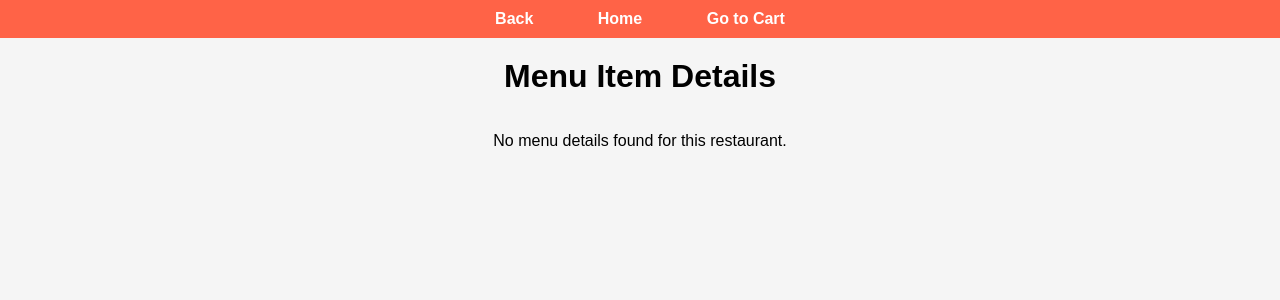
Repository: Sujith-B-S/Food-Application
Page: http://localhost/FoodApplication/menu.jsp
The author's editor kept a copy of each file at every save. The page is drawn from the files as they stood at one save, then again after the next save.
The browser window is 1280 px wide. The pictures show the whole page.
The page is served by Tomcat 9. Other server files are loaded and not shown. The template is opened directly, without the code that normally fills it, so the values that code supplies are empty.

Above is the page before, as saved 2024-11-21 09:56:41.

### FoodApplication/src/main/webapp/menu.jsp
<%@ page import="com.sg.menupojo.Menu" %>
<%@ page import="java.util.*" %>
<%@ page contentType="text/html;charset=UTF-8" language="java" %>
<html>
<head>
    <title>Menu Details</title>
    <script src="https://code.jquery.com/jquery-3.6.0.min.js"></script>
    <style>
        body {
            font-family: Arial, sans-serif;
            margin: 0;
            padding: 0;
            background-color: #f5f5f5;
        }

        h1 {
            text-align: center;
            margin-top: 20px;
        }

        .navbar {
            background-color: #ff6347;
            padding: 10px;
            text-align: center;
        }

        .navbar a {
            color: white;
            margin: 0 15px;
            text-decoration: none;
            font-weight: bold;
            padding: 10px 15px;
            border-radius: 5px;
            transition: background-color 0.3s;
        }

        .navbar a:hover {
            background-color: #ff3d00;
        }

        .container {
            display: flex;
            flex-wrap: wrap;
            gap: 20px;
            justify-content: center;
            margin-top: 20px;
            padding: 0 20px;
        }

        .card {
            width: 23%;
            border: 1px solid #ccc;
            border-radius: 8px;
            overflow: hidden;
            background-color: #fff;
            box-shadow: 0 4px 8px rgba(0, 0, 0, 0.2);
            text-align: center;
            margin-bottom: 20px;
            transition: transform 0.3s ease;
        }

        .card img {
            width: 100%;
            height: 250px;
            border-radius: 20px;
            object-fit: cover;
        }

        .card-content {
            padding: 15px;
        }

        .card-content h3 {
            margin: 10px 0;
            font-size: 1.2em;
        }

        .card-content p {
            margin: 5px 0;
            font-size: 0.9em;
        }

        .card:hover {
            transform: scale(1.05);
            cursor: pointer;
        }

        select {
            width: 20%;
            padding: 5px;
            margin: 10px 0;
            font-size: 14px;
        }

        button {
            padding: 10px 15px;
            background-color: #FF734C;
            border: none;
            color: white;
            border-radius: 5px;
            cursor: pointer;
            font-size: 16px;
            margin-top: 10px;
        }

        button:hover {
            background-color: #ff3d00;
        }

        /* Responsive Design */
        @media (max-width: 768px) {
            .card {
                width: 45%;
            }
        }

        @media (max-width: 480px) {
            .card {
                width: 100%;
            }
        }
    </style>
    <script>
        // Function to handle adding an item to the cart using AJAX
        function addToCart(menuId) {
            const quantity = document.getElementById("quantity-" + menuId).value;

            // Perform AJAX request
            $.ajax({
                url: 'AddToCartController',
                method: 'POST',
                data: { menuId: menuId, quantity: quantity },
                success: function(response) {
                    alert("Added to cart successfully!"); // Notify success
                },
                error: function(xhr) {
                    alert("Error: " + (xhr.responseJSON ? xhr.responseJSON.message : "An error occurred")); // Notify error
                }
            });
        }
    </script>
</head>
<body>

    <div class="navbar">
        <a href="javascript:history.back()">Back</a>
        <a href="index.jsp">Home</a>
        <a href="cart.jsp" class="cart-button">Go to Cart</a>
    </div>

    <h1>Menu Item Details</h1>

    <div class="container">
        <%
            // Get the menu list from the request
            List<Menu> menuList = (List<Menu>) request.getAttribute("menu");

            // Check if the menu list is not null and not empty

            if (menuList != null && !menuList.isEmpty()) {
                // Loop through the menu list and display each item
                for (Menu menu : menuList) {
        %>
        <div class="card">
            <div class="card-content">
                <img alt="Menu Items" src="<%= menu.getImage() %>">
                <h3><%= menu.getName() %></h3>
                <p><strong>Description:</strong> <%= menu.getDescription() %></p>
                <p><strong>Price:</strong> ₹<%= menu.getPrice() %></p>
                <p><strong>Rating:</strong> <%= menu.getRating() %>/5</p>
                <p><strong>Available:</strong> <%= menu.isAvailable() ? "Yes" : "No" %></p>
                <label for="quantity-<%= menu.getMenuId() %>">Quantity:</label>
                <select id="quantity-<%= menu.getMenuId() %>" name="quantity">
                    <% for (int i = 1; i <= 10; i++) { %>
                        <option value="<%= i %>"><%= i %></option>
                    <% } %>
                </select>
                <button type="button" onclick="addToCart(<%= menu.getMenuId() %>)">Add to Cart</button>
            </div>
        </div>
        <%
                } // End of for loop
            } else { // If no menu items are available
        %>
        <p>No menu details found for this restaurant.</p>
        <% } %>
    </div>
    <div style="text-align: center; margin-top: 20px;">

    </div>
</body>
</html>

After the next save:
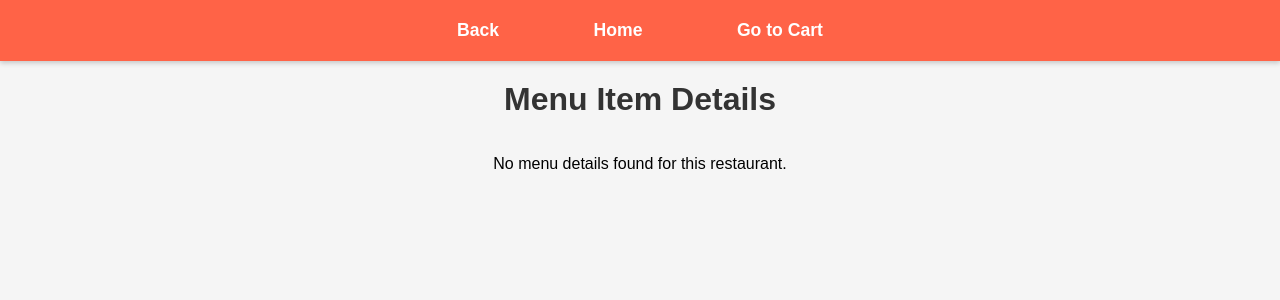
Saved 41 s later.
--- a/FoodApplication/src/main/webapp/menu.jsp
+++ b/FoodApplication/src/main/webapp/menu.jsp
@@ -7,7 +7,7 @@
     <script src="https://code.jquery.com/jquery-3.6.0.min.js"></script>
     <style>
         body {
-            font-family: Arial, sans-serif;
+            font-family: 'Arial', sans-serif;
             margin: 0;
             padding: 0;
             background-color: #f5f5f5;
@@ -16,21 +16,24 @@
         h1 {
             text-align: center;
             margin-top: 20px;
+            color: #333;
         }
 
         .navbar {
             background-color: #ff6347;
-            padding: 10px;
-            text-align: center;
+            padding: 20px; /* Increased padding for a bigger navbar */
+            text-align: center;
+            box-shadow: 0 2px 5px rgba(0, 0, 0, 0.2);
         }
 
         .navbar a {
             color: white;
-            margin: 0 15px;
+            margin: 0 25px; /* Increased margin for spacing */
             text-decoration: none;
             font-weight: bold;
-            padding: 10px 15px;
+            padding: 15px 20px; /* Increased padding for larger buttons */
             border-radius: 5px;
+            font-size: 1.1em; /* Increased font size */
             transition: background-color 0.3s;
         }
 
@@ -49,20 +52,21 @@
 
         .card {
             width: 23%;
-            border: 1px solid #ccc;
-            border-radius: 8px;
+            border: none;
+            border-radius: 10px;
             overflow: hidden;
             background-color: #fff;
             box-shadow: 0 4px 8px rgba(0, 0, 0, 0.2);
             text-align: center;
             margin-bottom: 20px;
             transition: transform 0.3s ease;
+            position: relative;
         }
 
         .card img {
             width: 100%;
-            height: 250px;
-            border-radius: 20px;
+            height: 200px;
+            border-radius: 10px 10px 0 0;
             object-fit: cover;
         }
 
@@ -72,12 +76,14 @@
 
         .card-content h3 {
             margin: 10px 0;
-            font-size: 1.2em;
+            font-size: 1.5em;
+            color: #333;
         }
 
         .card-content p {
             margin: 5px 0;
             font-size: 0.9em;
+            color: #666;
         }
 
         .card:hover {
@@ -86,10 +92,12 @@
         }
 
         select {
-            width: 20%;
+            width: 50%;
             padding: 5px;
             margin: 10px 0;
             font-size: 14px;
+            border: 1px solid #ccc;
+            border-radius: 5px;
         }
 
         button {
@@ -101,6 +109,7 @@
             cursor: pointer;
             font-size: 16px;
             margin-top: 10px;
+            transition: background-color 0.3s;
         }
 
         button:hover {
@@ -118,6 +127,13 @@
             .card {
                 width: 100%;
             }
+        }
+
+        .no-menu {
+            text-align: center;
+            font-size: 1.2em;
+            color: #ff6347;
+            margin-top: 20px;
         }
     </style>
     <script>
@@ -135,6 +151,7 @@
                 },
                 error: function(xhr) {
                     alert("Error: " + (xhr.responseJSON ? xhr.responseJSON.message : "An error occurred")); // Notify error
+
                 }
             });
         }
@@ -144,7 +161,7 @@
 
     <div class="navbar">
         <a href="javascript:history.back()">Back</a>
-        <a href="index.jsp">Home</a>
+        <a href="home.jsp">Home</a>
         <a href="cart.jsp" class="cart-button">Go to Cart</a>
     </div>
 
